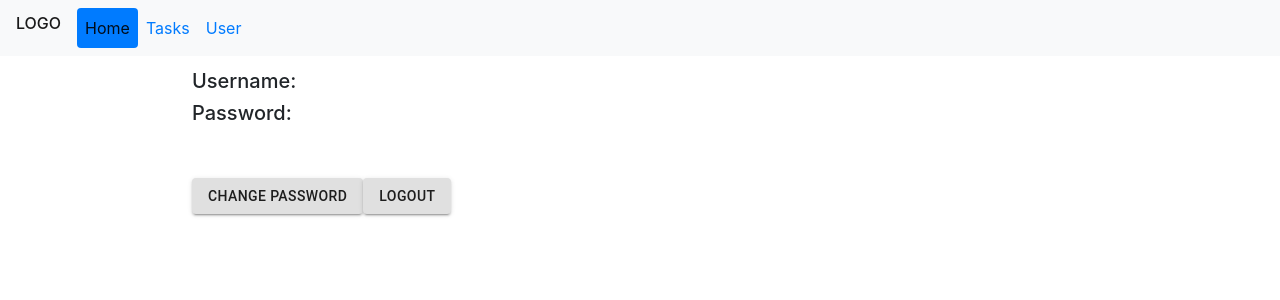
Repository: lalji-yadav/Nimapinfotech-demo-project
Page: /user
These files come from the project's save history. The page is drawn as it stood at one moment and after the next save; the edit follows.
The browser window is 1280 px wide. The pictures show the whole page.
The project was rebuilt for these pictures with package versions that can differ from the ones it lists, and the page was loaded fresh each time. Also part of the build but not shown: src/components/Home.js, src/components/Tasks.js, src/components/Login.js.

Above is the page before, as saved 2021-01-17 19:48:42.

After the next save:
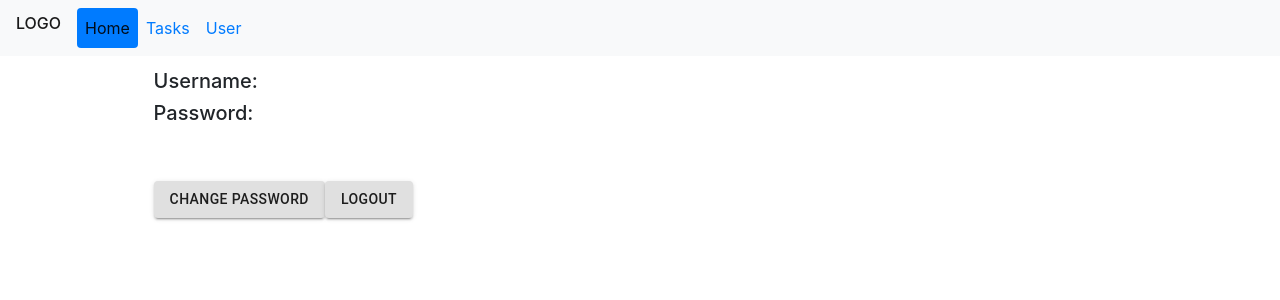
Saved 53 s later.
--- a/src/components/Users.js
+++ b/src/components/Users.js
@@ -5,7 +5,7 @@ import  "../App.css";
 const User=()=> {
 
         return (
-            <div style={{padding:"1% 15% 3% 15%"}}>
+            <div style={{padding:"1% 12% 3% 12%"}}>
                 <div className="row" c>
                     <div className="col-sm-5">
                         <h5>Username:</h5> <span> </span>
